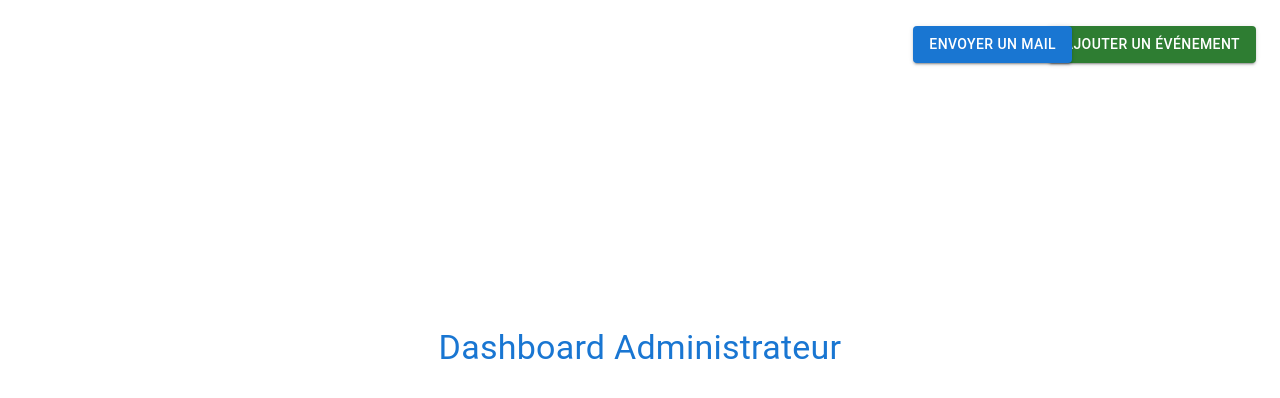
Repository: clement-chn/challenge-48h
Page: /dashboard (app in front/)
The author's editor kept a copy of each file at every save. The page is drawn from the files as they stood at one save, then again after the next save.
The browser window is 1280 px wide. The pictures show the whole page.
The project was rebuilt for these pictures with package versions that can differ from the ones it lists, and the page was loaded fresh each time. Also part of the build but not shown: front/vite.config.js.

Above is the page before, as saved 2025-04-03 12:00:23.

After the next save:
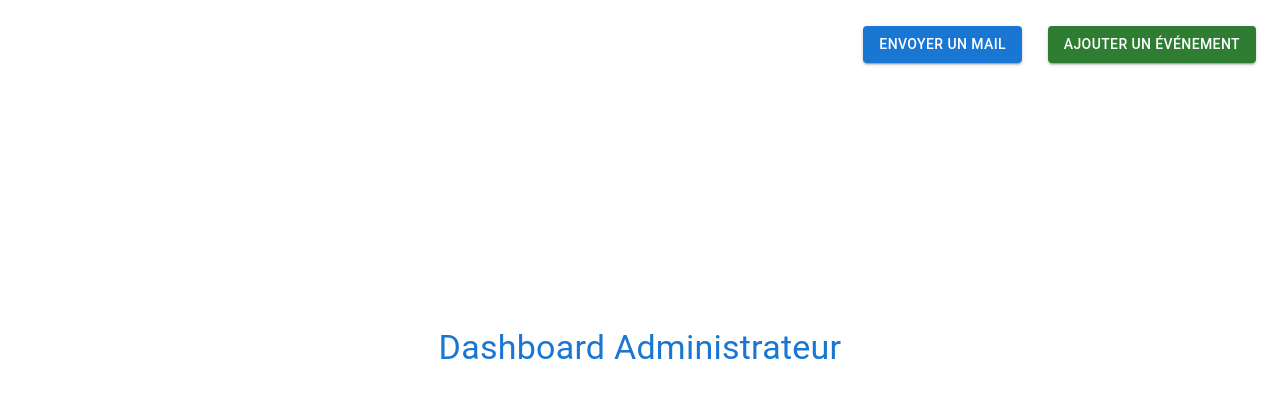
Saved 5 s later.
--- a/front/src/Routes/dashboard.jsx
+++ b/front/src/Routes/dashboard.jsx
@@ -47,7 +47,7 @@ const AdminDashboard = () => {
       </Box>
 
       {/* Bouton pour envoyer un mail */}
-      <Box sx={{ position: 'absolute', top: 18, right: 200, borderRadius: 1, p: 1 }}>
+      <Box sx={{ position: 'absolute', top: 18, right: 250, borderRadius: 1, p: 1 }}>
         <Button variant="contained" color="primary" onClick={() => alert('Mail envoyé !')}>
           Envoyer un mail
         </Button>
